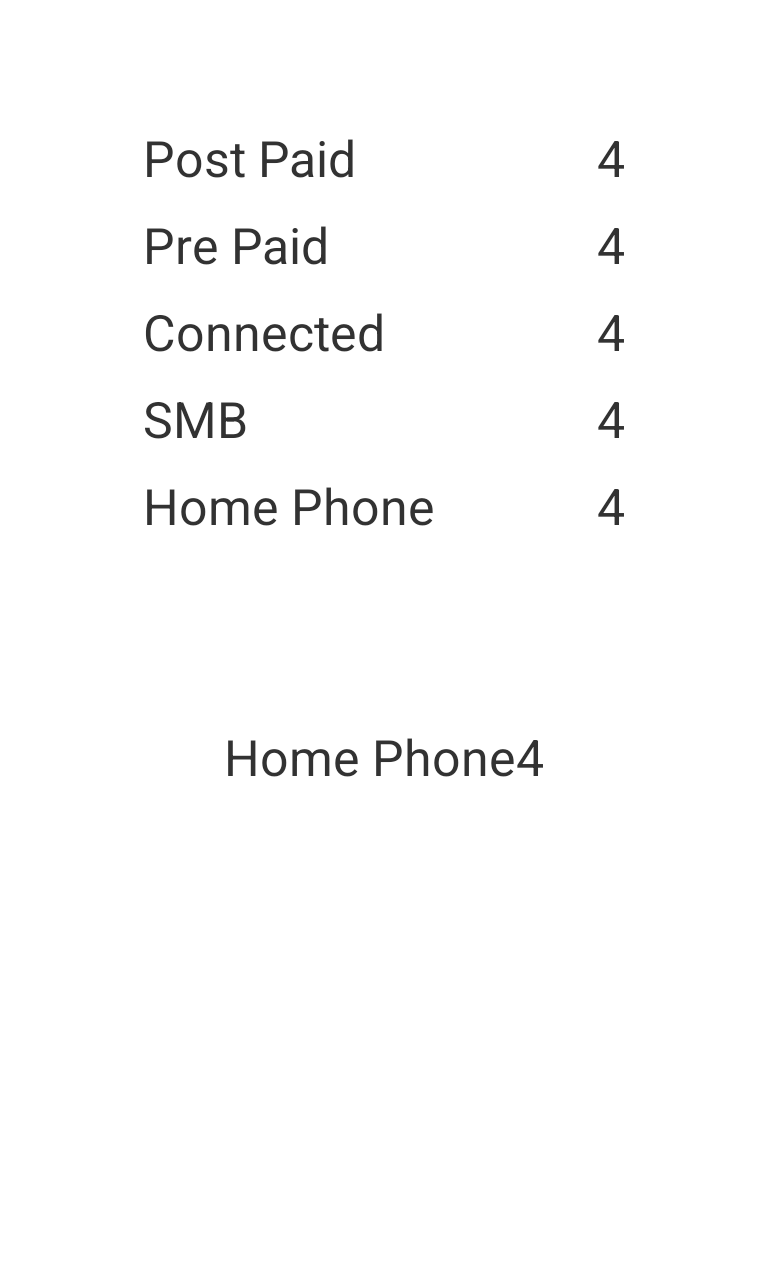
Repository: jemcphe/XCell
Layout: XCell/res/layout/data_adds.xml
These files come from the project's save history. The layout is drawn as it stood at one moment and after the next save; the edit follows.
It is drawn on a 768 x 1280 px phone screen (xhdpi) without system bars, with theme Theme.Xcell; the app's code is not run.

Above is the layout before, as saved 2013-08-16 23:53:56.

After the next save:
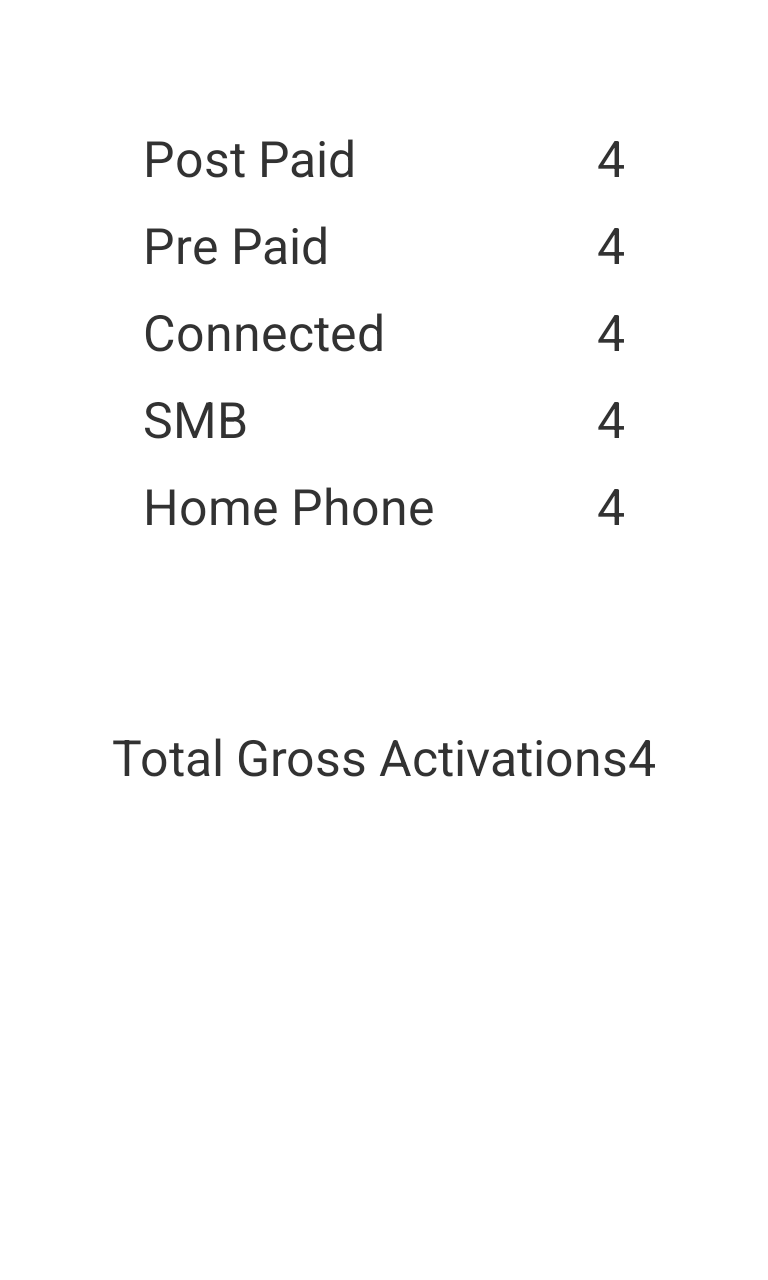
Saved 34 s later.
--- a/XCell/res/layout/data_adds.xml
+++ b/XCell/res/layout/data_adds.xml
@@ -95,7 +95,7 @@
             android:layout_width="wrap_content"
             android:layout_height="wrap_content"
             android:paddingBottom="10dp"
-            android:text="Home Phone"
+            android:text="Total Gross Activations"
             android:textSize="25sp" />
 
         <TextView
